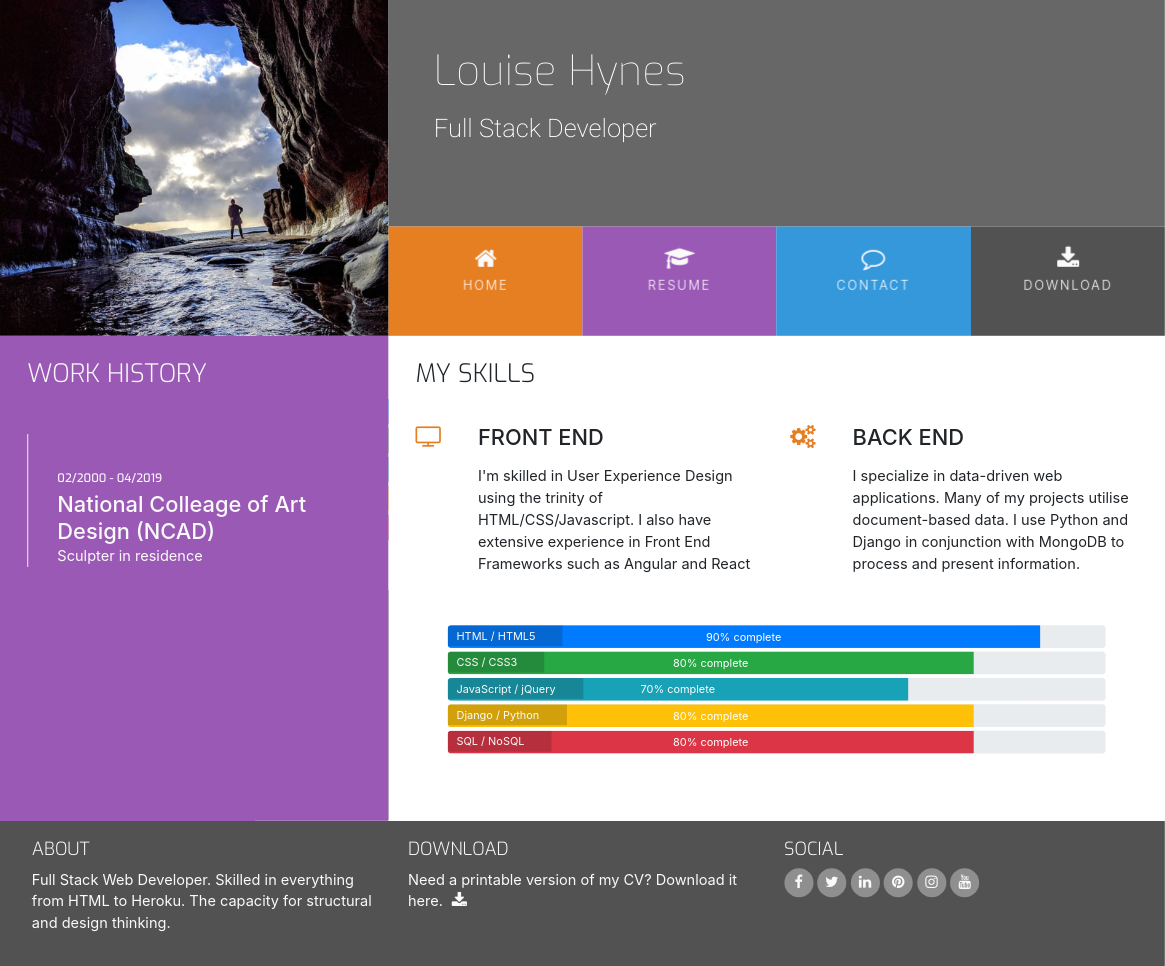
Repository: lhynes/Mini-Project-Resume
Page: resume.html
The author's editor kept a record of every edit. The page is drawn from the files as they stood at one moment, then again after the next edit.
The browser window is 1280 px wide. The pictures show the whole page, at 91% of full size.

Above is the page before.

### resume.html
<!DOCTYPE html>
<html lang="en">

<head>
    <meta charset="UTF-8">
    <meta name="viewport" content="width=device-width, initial-scale=1.0">
    <meta http-equiv="X-UA-Compatible" content="ie=edge">
    <!--access exrtenal links - bootstrap cdn - https://www.bootstrapcdn.com/-->
    <link rel="stylesheet" href="https://stackpath.bootstrapcdn.com/bootstrap/4.3.1/css/bootstrap.min.css" type="text/css" />
    <!--access exrtenal links - fontAwesome cdn - https://www.bootstrapcdn.com/-->
    <link rel="stylesheet" href="https://stackpath.bootstrapcdn.com/font-awesome/4.7.0/css/font-awesome.min.css" type="text/css" />
    <link rel="stylesheet" href="assets/css/style.css" type="text/css" />
    <link rel="stylesheet" href="https://cdnjs.cloudflare.com/ajax/libs/hover.css/2.3.1/css/hover-min.css" type="text/css" />
    <title>Louise</title>
</head>

<body>
    <header>
        <div class="row no-gutters">
            <a class="col-md-4 logo" href="index.html"></a>
            <div class="col-md-8">
                <div class="row no-gutters bg-color-name-title">
                    <div class="col heading">
                        <h1 class="name">Louise Hynes</h1>
                        <h2 class="title">Full Stack Developer</h2>
                    </div>
                </div>
                <div class="row no-gutters">
                    <div class="col">
                        <ul id="nav" class="list-inline menucontainer">
                            <li class="col-6 col-sm-3 ui-menu-color-home list-inline-item menuitem">
                                <a href="#" class="hvr-sweep-to-bottom"><i class="fa fa-home" aria-hidden="true"></i><span>Home</span></a>
                            </li>

                            <li class="col-6 col-sm-3 ui-menu-color-resume list-inline-item menuitem">
                                <a href="#" class="hvr-sweep-to-bottom"><i class="fa fa-graduation-cap" aria-hidden="true"></i><span>Resume</span></a>
                            </li>

                            <li class="col-6 col-sm-3 ui-menu-color-contact list-inline-item menuitem">
                                <a href="#" class="hvr-sweep-to-bottom"><i class="fa fa-comment-o" aria-hidden="true"></i><span>Contact</span></a>
                            </li>
                            <li class="col-6 col-sm-3 ui-menu-color-download list-inline-item menuitem">
                                <a href="#" class="hvr-sweep-to-bottom"><i class="fa fa-download" aria-hidden="true"></i><span>Download</span></a>
                            </li>
                        </ul>
                    </div>
                </div>

            </div>


    </header>
    <section class="container-fluid">
        <div class="row">
            <!--allow us to create a table structure so that our columns will remain the same height, regardless of content-->
            <!--he row-table class specifies the use of a table whereas section-column specifies the use of a table cell, which will give us evenly sized columns in terms of height.-->


            <div class="col-md-4 bg-color-work-history section-column">
                <div class="row">
                    <div class="col-12">
                        <h3 class="history-heading uppercase ">
                            Work History
                        </h3>
                    </div>
                </div>
                <div class="timeline-item" data-dates="02/2000 - 04/2019">
                    <h4>National Colleage of Art Design (NCAD)</h4>
                    <p>Sculpter in residence</p>

                </div>
            </div>
            <div class="col-md-8 bg-color-three-reasons section-column">
                <div class="row">
                    <div class="col">
                        <!-- will take up the space available-->
                        <h3 class="section-heading uppercase">My Skills</h3>
                    </div>
                </div>
                <div class="row">
                    <div class="col-10 offset-1 offset-sm-0 col-sm-4 col-md-6">
                        <!-- mobile view first 10 cols wide offset 1-->
                        <div class="row">
                            <div class="col-2">
                                <i class="three-reasons-icon fa fa-tv" aria-hidden="true"></i>
                            </div>
                            <div class="col-10">
                                <h4 class="three-reasons-heading uppercase">Front End</h4>
                                <p>
                                    I'm skilled in User Experience Design using the trinity of HTML/CSS/Javascript. I also have extensive experience in Front End Frameworks such as Angular and React
                                </p>
                            </div>
                        </div>
                    </div>
                    <div class="col-10 offset-1 offset-sm-0 col-sm-4 col-md-6">
                        <div class="row">
                            <div class="col-2">
                                <i class="three-reasons-icon fa fa-gears" aria-hidden="true"></i>
                            </div>
                            <div class="col-10">
                                <h4 class="three-reasons-heading uppercase">Back End</h4>
                                <p>
                                    I specialize in data-driven web applications. Many of my projects utilise document-based data. I use Python and Django in conjunction with MongoDB to process and present information. </p>
                            </div>
                        </div>
                    </div>
                </div>
                <div class="row progress-section">
                    <div class="col">
                        <div class="progress">
                            <!-- wrapper for progress bar-->
                            <div class="progress-bar" role="progressbar" aria-valuenow="90" aria-valuemin="0" aria-valuemax="100" style="width:90%;">
                                <span class="re-only">90% complete</span>
                            </div>
                            <span class="progress-type">HTML / HTML5</span>

                        </div>
                        <div class="progress">
                            <!-- wrapper for progress bar-->
                            <div class="progress-bar bg-success" role="progressbar" aria-valuenow="80" aria-valuemin="0" aria-valuemax="100" style="width:80%;">
                                <span class="re-only">80% complete</span>
                            </div>
                            <span class="progress-type">CSS / CSS3</span>

                        </div>
                        <div class="progress">
                            <!-- wrapper for progress bar-->
                            <div class="progress-bar bg-info" role="progressbar" aria-valuenow="70" aria-valuemin="0" aria-valuemax="100" style="width:70%;">
                                <span class="re-only">70% complete</span>
                            </div>
                            <span class="progress-type">JavaScript / jQuery</span>
                        </div>
                        <div class="progress">
                            <!-- wrapper for progress bar-->
                            <div class="progress-bar bg-warning" role="progressbar" aria-valuenow="80" aria-valuemin="0" aria-valuemax="100" style="width:80%;">
                                <span class="re-only">80% complete</span>
                            </div>
                            <span class="progress-type">Django / Python</span>
                        </div>
                        <div class="progress">
                            <!-- wrapper for progress bar-->
                            <div class="progress-bar bg-danger" role="progressbar" aria-valuenow="80" aria-valuemin="0" aria-valuemax="100" style="width:80%;">
                                <span class="re-only">80% complete</span>
                            </div>
                            <span class="progress-type">SQL / NoSQL</span>

                        </div>
                    </div>
                </div>
            </div>
        </div>

    </section>
    <footer class="container-fluid">
        <!--full width flexible container-->
        <div id="footer-details" class="row">
            <div class="col-sm-4">
                <h5 class="uppercase general-sub">About</h5>
                <p class="inline-block">
                    Full Stack Web Developer. Skilled in everything from HTML to Heroku. The capacity for structural and design thinking.


                </p>
            </div>
            <div class="col-sm-4">
                <h5 class="uppercase general-sub">Download</h5>
                <p class="inline-block">
                    Need a printable version of my CV? Download it here.
                    <a href="#" target="_blank" class="cv-pdf">
                        <!-- _blank used to open in a new tab-->
                        <i class="fa fa-download" aria-hidden="true"></i>
                        <span class="sr-only">Download link.</span>
                    </a>
                </p>
            </div>
            <div class="col-sm-4">
                <h5 class="uppercase general-sub">Social</h5>
                <ul class="list-inline social-links">
                    <li class="list-inline-item">
                        <!-- every list-inline in boostrap needs a list-inline item-->
                        <a target="_blank" href="#">
                            <i class="fa fa-facebook" aria-hidden="true"></i>
                            <span class="sr-only">Facebook</span>
                        </a>
                    </li>
                    <li class="list-inline-item">
                        <a target="_blank" href="#">
                            <i class="fa fa-twitter" aria-hidden="true"></i>
                            <span class="sr-only">Twitter</span>
                        </a>
                    </li>
                    <li class="list-inline-item">
                        <a target="_blank" href="#">
                            <i class="fa fa-linkedin" aria-hidden="true"></i>
                            <span class="sr-only">LinkedIn</span>
                        </a>
                    </li>
                    <li class="list-inline-item">
                        <a target="_blank" href="#">
                            <i class="fa fa-pinterest" aria-hidden="true"></i>
                            <span class="sr-only">Pinterest</span>
                        </a>
                    </li>
                    <li class="list-inline-item">
                        <a target="_blank" href="#">
                            <i class="fa fa-instagram" aria-hidden="true"></i>
                            <span class="sr-only">Instagram</span>
                        </a>
                    </li>
                    <li class="list-inline-item">
                        <a target="_blank" href="#">
                            <i class="fa fa-youtube" aria-hidden="true"></i>
                            <span class="sr-only">YouTube</span>
                        </a>
                    </li>
                </ul>
            </div>

        </div>

    </footer>
</body>

</html>

### assets/css/style.css
@import url('https://fonts.googleapis.com/css?family=Roboto:100,200,300,400,500,600,700|Exo:100,200,300,400,500,600,700');

/*-----------------------------------Colours */

.bg-color-name-title {
    background-color: #676767;
    color: #ffffff;
}

.bg-color-three-reasons {
    background-color: #fff;

}

.bg-color-personal-info {
    background-color: #f4f4f4;
}

.bg-color-work-history {
    background-color: #9b59b6
}

.ui-menu-color-home {
    background-color: #e67e22
}

.ui-menu-color-resume {
    background-color: #9b59b6
}

.ui-menu-color-contact {
    background-color: #3498db
}

.ui-menu-color-download {
    background-color: #525252
}



/*-----------------------------------Special paddings/margins/text - General CSS area used more than once through out the site */

.uppercase {
    text-transform: uppercase;
}

.general-sub {
    font-family: "Exo", sans-serif;
    font-weight: 300;
    color: #fafafa;

}

h1,
h2,
h3,
h4 {
    margin: 0;
}

.inline-block {
    display: inline-block;

}

.row-table {
    display: table;

}

.section-column {
    display: table-cell;
    padding: 0 30px 30px;
    float: none;
}

.history-heading,
.section-heading {
    font-family: "Exo", sans-serif;
    font-weight: 300;
    margin-top: 25px;
    margin-bottom: 40px;
}


/*-----------------------------------Heading */

header {
    margin: 0;
}

.heading {
    margin-left: 50px;
}

.logo {
    background: url("../images/louise.jpg");
    background-position: center;
    background-repeat: no-repeat;
    background-size: cover;
    min-height: 360px;
    transition: all .5s ease-in-out;
    -moz-transition: all .5s ease-in-out;
    -webkit-transition: all .5s ease-in-out;
}

.name {
    font-family: "Exo", sans-seriif;
    font-weight: 100;
    font-size: 46px;
    margin-top: 50px;
    color: #ffffff;
}

.title {
    font-family: "Roboto", sans-seriif;
    font-weight: 200;
    font-size: 28px;
    margin-top: 20px;
    margin-bottom: 90px;
    color: #ffffff;
}

.list-inline-item:not(:last-child) {
    margin: 0;
}

.menucontainer {
    font-size: 0;
}


#nav {
    margin: 0;
}

#nav li {
    font-size: 14px;
    padding: 0;
}

.menuitem {
    height: 120px;
    /*profile image is 360 in total*/
    text-align: center;
    padding: 0;
}

.menuitem a {
    width: 100%;
    color: #ffffff;
    text-decoration: none;
    height: 120px;
}

.menuitem a i {
    padding-top: 22px;
    display: block;
    color: #fafafa;
    font-size: 26px;
}

.menuitem span {
    display: block;
    width: 100%;
    padding-top: 5px;
    text-align: center;
    text-transform: uppercase;
    font-size: 14px;
    font-weight: 300;
    letter-spacing: 2px;
}




/*-----------------------------------Hover.css */

/*background color is set in the before*/

.hvr-sweep-to-bottom:before {
    background: rgba(0, 0, 0, 0.2) !important;
    height: 120px;
}


/*-----------------------------------Footer styles */

footer {
    background-color: #525252;
    color: #fafafa;
    min-height: 120px;
    margin: 0;
}


.cv-pdf i {
    font-size: 18px;
    color: #fafafa;
    text-align: center;
    padding-left: 5px;
    transition: all 0.35s ease-in-out;
    /* put in parent element*/
    -moz-transition: all 0.35s ease-in-out;
    -webkit-transition: all 0.35s ease-in-out;
    -o-transition: all 0.35s ease-in-out;
}

.cv-pdf i:hover {
    color: #e84610;
}


.social-links {
    padding-bottom: 15px;
}

.social-links li a i {
    width: 32px;
    height: 32px;
    padding: 12px 0;
    border-radius: 50%;
    line-height: 7px;
    text-align: center;
    color: #fafafa;
    background: #8f8f8f;
    -moz-transition: all 0.35s ease-in-out;
    -webkit-transition: all 0.35s ease-in-out;
    -o-transition: all 0.35s ease-in-out;
}

.social-links li a i:hover {
    background-color: #e84610;
}

#footer-details {
    padding: 20px;
}


/*-----------------------------------Three Resons Css */

.three-reasons-icon {
    font-size: 26px;
    color: #e67e22;
}

.three-reasons-heading {
    margin-bottom: 15px;
}


/*-----------------------------------Presonal Info*/

.personal-info-item {
    margin-bottom: 20px;
    display: block;
    clear: both;
}

/*style keys, values, paragraphs*/

.personal-info-item .key,
.personal-info-item .value {
    padding-right: 8px;
    display: inline-block;

}

.personal-info-item .key p,
.personal-info-item .value p {
    margin: 0;
}

.personal-info-item .key {
    width: 30%;
    margin-right: 21px;
    padding-top: 2px;
    vertical-align: top;
}


.personal-info-item .key p {
    font-weight: 700;
}

.personal-info-item .value {
    position: relative;
    /*relative to predacessor*/
    width: 60%;
}

/*-----------------------------------Skills*/

.progress {
    position: relative;
    height: 25px;
    margin-bottom: 4px;
}

.progress-type {
    /* represents the the texrt label on the bar */
    position: absolute;
    left: 0px;
    font-weight: 400;
    padding: 3px 30px 2px 10px;
    color: #fafafa;
    background-color: rgba(25, 25, 25, 0.2)
}

.progress-section {
    margin: 40px 20px;

}


/*-----------------------------------Work History*/

.history-heading {
    color: #fafafa;
    margin-bottom: 50px;
}

.timeline-item {
    padding: 4em 2em 0em 2em;
    position: relative;
    color: #fafafa;
    border-left: 1px solid;
}

.timeline-item p {
    margin: 0;
    padding: 0;
}

.timeline-item:before {
    content: attr(data-dates);
    /*can only use contene tieh the beforer or after pseudo elements*/
    position: absolute;
    left: 2.5em;
    top: 3em;
    display: block;
    font-family: "Exo", sans-seriif;
    font-weight: 500;
    font-size: 0.8em;
    padding: 0;
    margin: 0;

}

.timeline-item:after {
    width: 12px;
    height:12px;
    display:block;
    top: 2.4em;
    border-radius: 12px;

    position:absolute;
}

After the next edit:
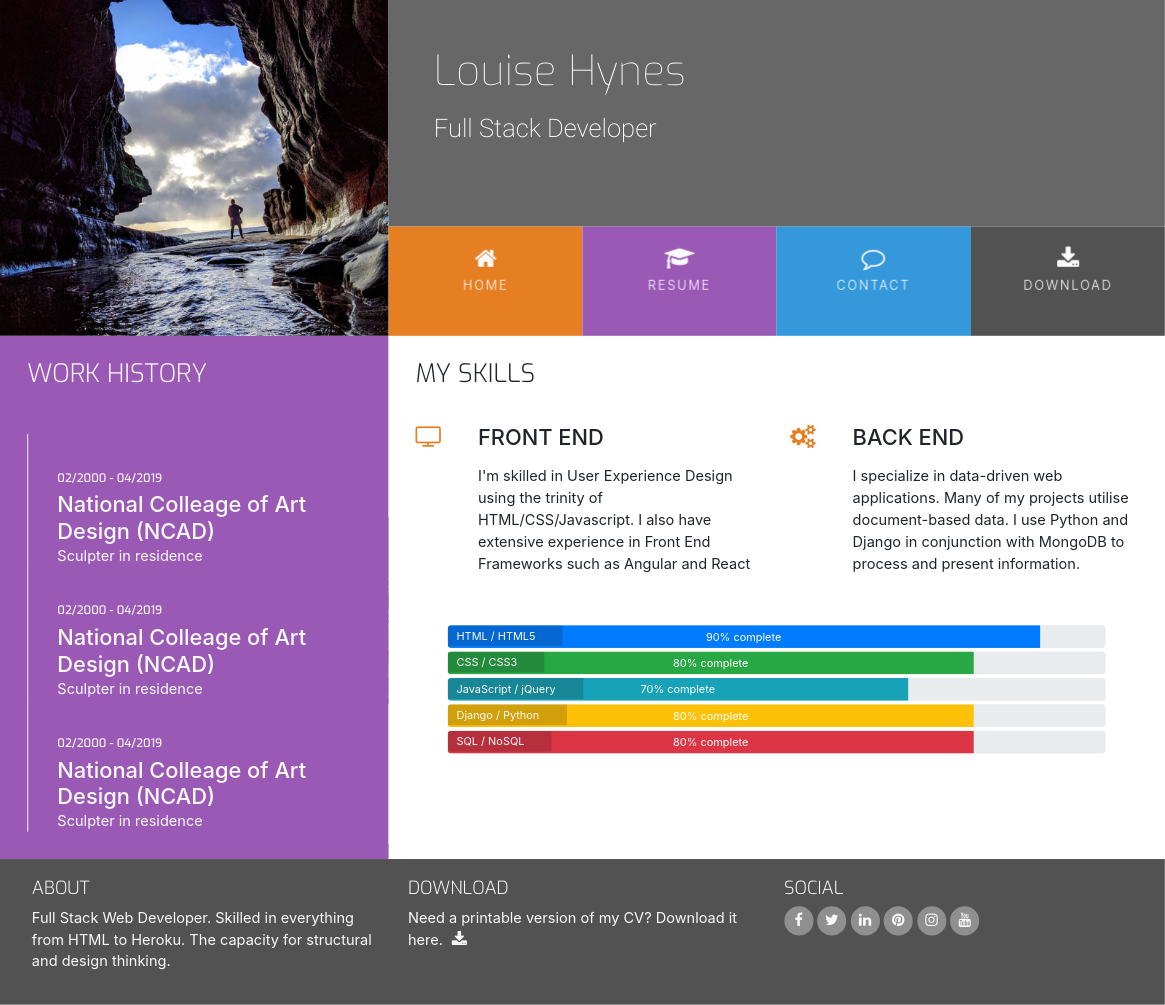
The edit:
--- a/resume.html
+++ b/resume.html
@@ -69,6 +69,15 @@
                     <p>Sculpter in residence</p>
 
                 </div>
+                <div class="timeline-item" data-dates="02/2000 - 04/2019">
+                    <h4>National Colleage of Art Design (NCAD)</h4>
+                    <p>Sculpter in residence</p>
+
+                </div>
+                <div class="timeline-item" data-dates="02/2000 - 04/2019">
+                    <h4>National Colleage of Art Design (NCAD)</h4>
+                    <p>Sculpter in residence</p>
+                </div>
             </div>
             <div class="col-md-8 bg-color-three-reasons section-column">
                 <div class="row">
